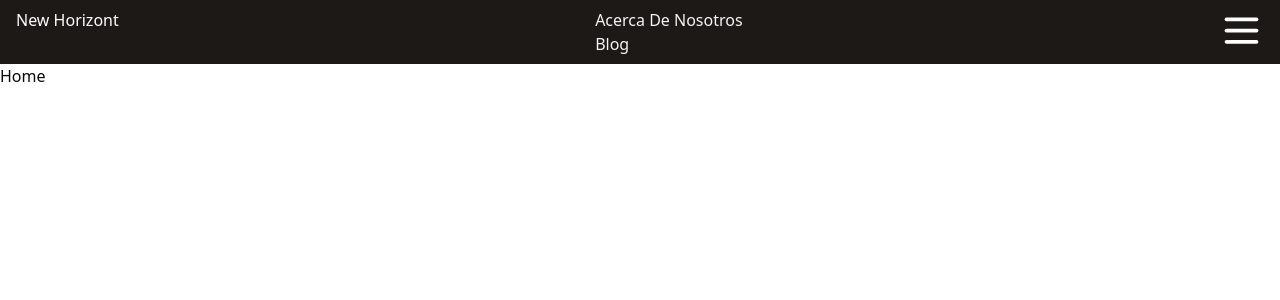
Repository: jefrydep/new-horizont-school
Page: /
These files come from the project's save history. The page is drawn as it stood at one moment and after the next save; the edit follows.
The browser window is 1280 px wide. The pictures show the whole page.
The project was rebuilt for these pictures with package versions that can differ from the ones it lists, and the page was loaded fresh each time. The framework's server and built-in components were replaced by stand-ins that run in the browser. Also part of the build but not shown: next.config.ts.

Above is the page before, as saved 2024-11-07 17:08:53.

### src/app/(new-horizont-school)/layout.tsx
// import type { Metadata } from "next";
// import localFont from "next/font/local";

import Navbar from "@/components/Navbar";

// const geistSans = localFont({
//   src: "./fonts/GeistVF.woff",
//   variable: "--font-geist-sans",
//   weight: "100 900",
// });
// const geistMono = localFont({
//   src: "./fonts/GeistMonoVF.woff",
//   variable: "--font-geist-mono",
//   weight: "100 900",
// });

// export const metadata: Metadata = {
//   title: "Create Next App",
//   description: "Generated by create next app",
// };

export default function SchoolLayout({
  children,
}: Readonly<{
  children: React.ReactNode;
}>) {
  return (
    <html lang="en">
      <body
      // className={`${geistSans.variable} ${geistMono.variable} antialiased`}
      >
        {children}
      </body>
    </html>
  );
}

### src/app/layout.tsx
import type { Metadata } from "next";
import localFont from "next/font/local";
import "./globals.css";
import Navbar from "@/components/Navbar";

const geistSans = localFont({
  src: "./fonts/GeistVF.woff",
  variable: "--font-geist-sans",
  weight: "100 900",
});
const geistMono = localFont({
  src: "./fonts/GeistMonoVF.woff",
  variable: "--font-geist-mono",
  weight: "100 900",
});

export const metadata: Metadata = {
  title: "Create Next App",
  description: "Generated by create next app",
};

export default function RootLayout({
  children,
}: Readonly<{
  children: React.ReactNode;
}>) {
  return (
    <html lang="en">
      <body
        className={`${geistSans.variable} ${geistMono.variable} antialiased`}
      >
        <Navbar/>
        {children}
      </body>
    </html>
  );
}

### src/app/globals.css
@tailwind base;
@tailwind components;
@tailwind utilities;

/* :root {
  --background: #ffffff;
  --foreground: #171717;
}

@media (prefers-color-scheme: dark) {
  :root {
    --background: #0a0a0a;
    --foreground: #ededed;
  }
}

body {
  color: var(--foreground);
  background: var(--background);
  font-family: Arial, Helvetica, sans-serif;
} */
@layer base {
  :root {
    --background: 0 0% 100%;
    --foreground: 20 14.3% 4.1%;
    --card: 0 0% 100%;
    --card-foreground: 20 14.3% 4.1%;
    --popover: 0 0% 100%;
    --popover-foreground: 20 14.3% 4.1%;
    --primary: 24 9.8% 10%;
    --primary-foreground: 60 9.1% 97.8%;
    --secondary: 60 4.8% 95.9%;
    --secondary-foreground: 24 9.8% 10%;
    --muted: 60 4.8% 95.9%;
    --muted-foreground: 25 5.3% 44.7%;
    --accent: 60 4.8% 95.9%;
    --accent-foreground: 24 9.8% 10%;
    --destructive: 0 84.2% 60.2%;
    --destructive-foreground: 60 9.1% 97.8%;
    --border: 20 5.9% 90%;
    --input: 20 5.9% 90%;
    --ring: 20 14.3% 4.1%;
    --chart-1: 12 76% 61%;
    --chart-2: 173 58% 39%;
    --chart-3: 197 37% 24%;
    --chart-4: 43 74% 66%;
    --chart-5: 27 87% 67%;
    --radius: 0.5rem
  }
  .dark {
    --background: 20 14.3% 4.1%;
    --foreground: 60 9.1% 97.8%;
    --card: 20 14.3% 4.1%;
    --card-foreground: 60 9.1% 97.8%;
    --popover: 20 14.3% 4.1%;
    --popover-foreground: 60 9.1% 97.8%;
    --primary: 60 9.1% 97.8%;
    --primary-foreground: 24 9.8% 10%;
    --secondary: 12 6.5% 15.1%;
    --secondary-foreground: 60 9.1% 97.8%;
    --muted: 12 6.5% 15.1%;
    --muted-foreground: 24 5.4% 63.9%;
    --accent: 12 6.5% 15.1%;
    --accent-foreground: 60 9.1% 97.8%;
    --destructive: 0 62.8% 30.6%;
    --destructive-foreground: 60 9.1% 97.8%;
    --border: 12 6.5% 15.1%;
    --input: 12 6.5% 15.1%;
    --ring: 24 5.7% 82.9%;
    --chart-1: 220 70% 50%;
    --chart-2: 160 60% 45%;
    --chart-3: 30 80% 55%;
    --chart-4: 280 65% 60%;
    --chart-5: 340 75% 55%
  }
}
@layer base {
  * {
    @apply border-border;
  }
  body {
    @apply bg-background text-foreground;
  }
}

### src/components/Navbar.tsx
import { Menu } from "lucide-react";
import Link from "next/link";

export default function Navbar() {
  return (
    <header className="bg-primary h-16">
      <div className="flex justify-between px-4 py-2  ">
        <div className="text-white">New Horizont</div>
        <nav className="outline-none hidden sm:block list-none">
          <li className="text-secondary">
            <Link href={"/about"}>Acerca De Nosotros</Link>
          </li>
          <li className="text-secondary">
            <Link href={"/blog"}>Blog</Link>
          </li>
        </nav>
        <div className="  ">
          <Menu color="white" size={45} />
        </div>
        {/* <li className="text-secondary">
            <Link href={"/about"}>About</Link>
          </li> */}
      </div>
    </header>
  );
}

Loaded but not shown: src/app/(new-horizont-school)/page.tsx (common file); tailwind.config.ts (common file)

After the next save:
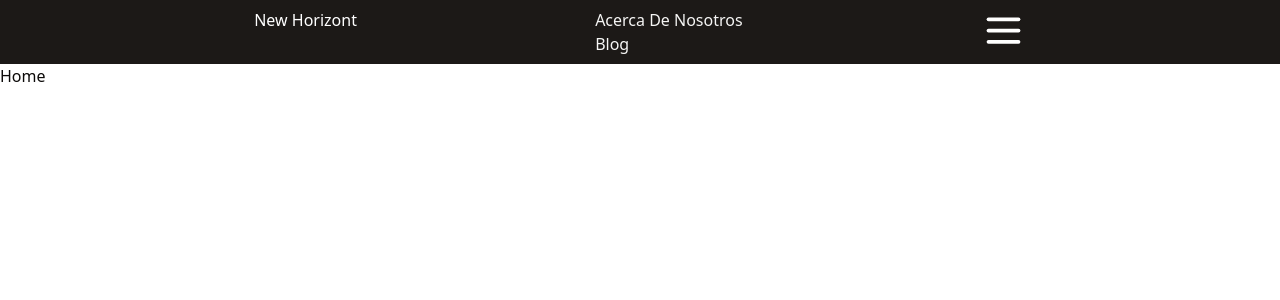
Saved 17 s later.
--- a/src/components/Navbar.tsx
+++ b/src/components/Navbar.tsx
@@ -4,7 +4,7 @@ import Link from "next/link";
 export default function Navbar() {
   return (
     <header className="bg-primary h-16">
-      <div className="flex justify-between px-4 py-2  ">
+      <div className="flex justify-evenly px-4 py-2  ">
         <div className="text-white">New Horizont</div>
         <nav className="outline-none hidden sm:block list-none">
           <li className="text-secondary">
